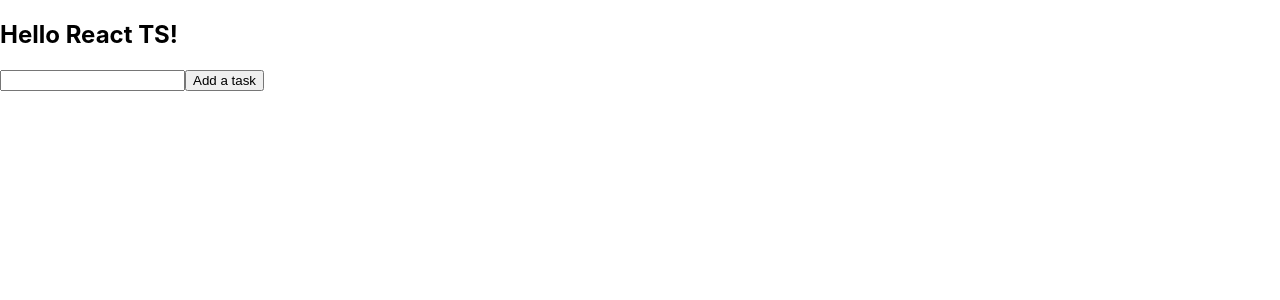
Repository: Salvaaragon/ItemListReact
Page: /
These files come from the project's save history. The page is drawn as it stood at one moment and after the next save; the edit follows.
The browser window is 1280 px wide. The pictures show the whole page.
The project was rebuilt for these pictures with package versions that can differ from the ones it lists, and the page was loaded fresh each time. Also part of the build but not shown: src/components/TasksListItem.tsx.

Above is the page before, as saved 2019-08-04 11:19:24.

### src/App.tsx
import React, { Component } from 'react';
import { Task } from './models/task';
import { NewTaskForm } from './components/NewTaskForm';
import { TasksList } from './components/TaskList';

interface State {
	newTask: Task;
	tasks: Task[];
}

class App extends Component<{}, State> {

	private addTask = (event: React.FormEvent<HTMLFormElement>) => {
		event.preventDefault();

		this.setState(previousState => ({
			newTask: {
				id: previousState.newTask.id + 1,
				name: ""
			},
			tasks: [...previousState.tasks, previousState.newTask]
		}));
	};

	private handleTaskChange = (event: React.ChangeEvent<HTMLInputElement>) => {
		this.setState({
			newTask: {
				...this.state.newTask,
				name: event.target.value
			}
		});
	};

	private deleteTask = (taskToDelete: Task) => {
		this.setState(previousState => ({
			tasks: [
				...previousState.tasks.filter(task => task.id !== taskToDelete.id)
			]
		}));
	};


	state = {
		newTask: {
			id: 1,
			name: ""
		},
		tasks: []
	}

	render() {
		return(
			<div>
				<h2>Hello React TS!</h2>
				<NewTaskForm
					task={this.state.newTask}
					onAdd={this.addTask}
					onChange={this.handleTaskChange}
				/>
				<TasksList tasks={this.state.tasks} onDelete={this.deleteTask}/>
			</div>
		)
	}
}

export default App;

### src/components/NewTaskForm.tsx
import React, { FunctionComponent } from "react";
import { Task } from "../models/task";
import ReactDOM from 'react-dom';
import Button from '@material-ui/core/Button';

interface Props {
    onChange: (event: React.ChangeEvent<HTMLInputElement>) => void;
    onAdd: (event: React.FormEvent<HTMLFormElement>) => void;
    task: Task;
}

export const NewTaskForm: FunctionComponent<Props> = ({
    onChange,
    onAdd,
    task
}) => (
    <form onSubmit={onAdd}>
        <input onChange={onChange} value={task.name}/>
        <button type="submit">Add a task</button>
    </form>
);

### src/components/TaskList.tsx
import React, { FunctionComponent } from "react";

import { Task } from "../models/task";
import { TaskListItem } from "./TasksListItem";

interface Props {
  tasks: Task[];
  onDelete: (task: Task) => void;
}

export const TasksList: FunctionComponent<Props> = ({ tasks, onDelete }) => (
  <ul>
    {tasks.map(task => (
      <TaskListItem task={task} onDelete={onDelete} />
    ))}
  </ul>
);

Loaded but not shown: public/index.html (common file); src/index.tsx (common file); src/index.css (common file); src/serviceWorker.ts (common file)

After the next save:
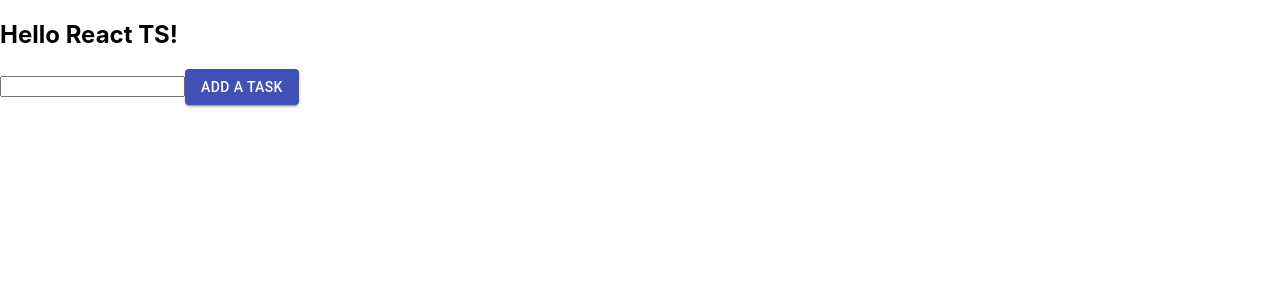
Saved 9 s later.
--- a/src/components/NewTaskForm.tsx
+++ b/src/components/NewTaskForm.tsx
@@ -16,6 +16,6 @@ export const NewTaskForm: FunctionComponent<Props> = ({
 }) => (
     <form onSubmit={onAdd}>
         <input onChange={onChange} value={task.name}/>
-        <button type="submit">Add a task</button>
+        <Button variant="contained" color="primary" type="submit">Add a task</Button>
     </form>
 );
